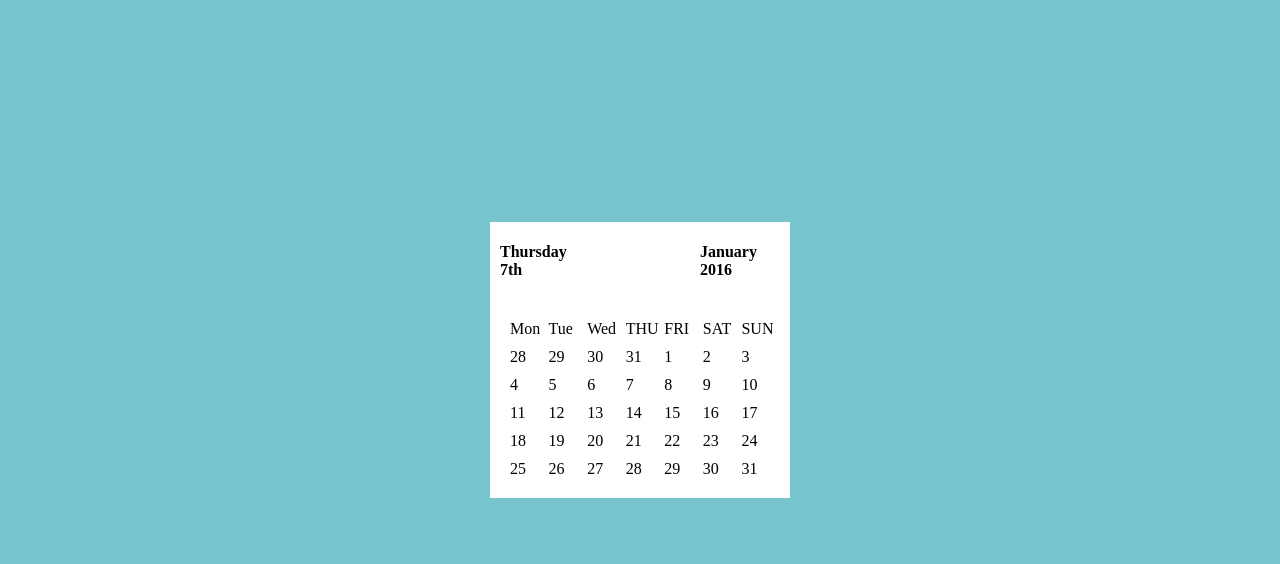
Repository: KYUUBI-K/HTML
Page: За 1 курс/Лаб 4/calendar.html
These files come from the project's save history. The page is drawn as it stood at one moment and after the next save; the edit follows.
The browser window is 1280 px wide. The pictures show the whole page.

Above is the page before, as saved 2021-03-30 13:41:02.

### За 1 курс/Лаб 4/calendar.html
<!DOCTYPE html>
<html lang="en">
<head>
    <meta charset="UTF-8">
    <meta http-equiv="X-UA-Compatible" content="IE=edge">
    <meta name="viewport" content="width=device-width, initial-scale=1.0">
    <title>Document</title>
    <link rel="stylesheet" href="for_calend.css">
</head>
<body style="background-color:rgba(80, 181, 194, 0.788) ;">
    <div class="calendar">
        <div class="today">
            <h4>Thursday 7th</h4>
            <div class="today">
                <h4>January 2016</h4>
            </div>
        </div>
        <div class="date">
            <div class="day">Mon</div>
            <div class="day">Tue</div>
            <div class="day">Wed</div>
            <div class="day">THU</div>
            <div class="day">FRI</div>
            <div class="day">SAT</div>
            <div class="day">SUN</div>
            <div class="number">28</div>
            <div class="number">29</div>
            <div class="number">30</div>
            <div class="number">31</div>
            <div class="number">1</div>
            <div class="number">2</div>
            <div class="number">3</div>
            <div class="number">4</div>
            <div class="number">5</div>
            <div class="number">6</div>
            <div class="number">7</div>
            <div class="number">8</div>
            <div class="number">9</div>
            <div class="number">10</div>
            <div class="number">11</div>
            <div class="number">12</div>
            <div class="number">13</div>
            <div class="number">14</div>
            <div class="number">15</div>
            <div class="number">16</div>
            <div class="number">17</div>
            <div class="number">18</div>
            <div class="number">19</div>
            <div class="number">20</div>
            <div class="number">21</div>
            <div class="number">22</div>
            <div class="number">23</div>
            <div class="number">24</div>
            <div class="number">25</div>
            <div class="number">26</div>
            <div class="number">27</div>
            <div class="number">28</div>
            <div class="number">29</div>
            <div class="number">30</div>
            <div class="number">31</div>
        </div>
    </div>
</body>
</html>

### За 1 курс/Лаб 4/for_calend.css
body{
    margin:0;
    padding: 0;
    display: flex;
    justify-content: center;
    align-items: center;
    height: 100vh;
}
.calendar{
    width: 300px;
    height: auto;
    background-color: white;
    box-sizing: border-box;

}
.calendar .date{
    padding: 20px;
    display: grid;
    grid-template-columns: repeat(auto-fit,minmax(25px,1fr));
    grid-gap: 10px;
    box-sizing: border-box;
}
.today{
    display: flex;
    grid-gap: 100px;
    margin-left: 10px;
}

After the next save:
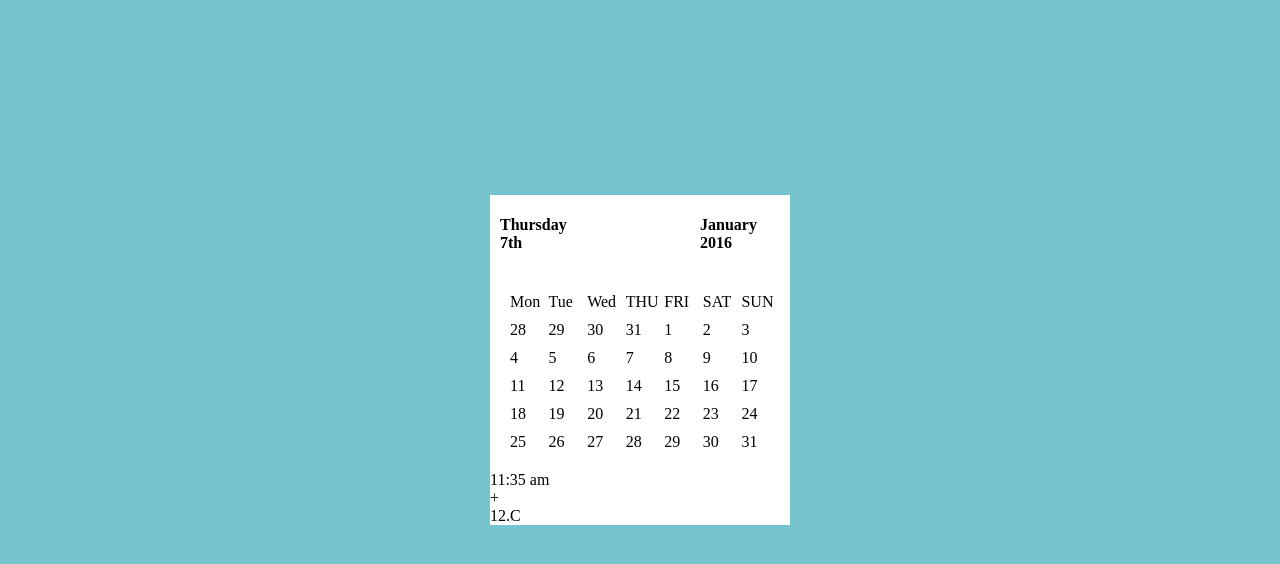
Saved 4 min 18 s later.
--- a/За 1 курс/Лаб 4/calendar.html
+++ b/За 1 курс/Лаб 4/calendar.html
@@ -59,6 +59,11 @@
             <div class="number">30</div>
             <div class="number">31</div>
         </div>
+        <div>
+            <div>11:35 am</div>
+            <div>+</div>
+            <div>12.C</div>
+        </div>
     </div>
 </body>
 </html>
